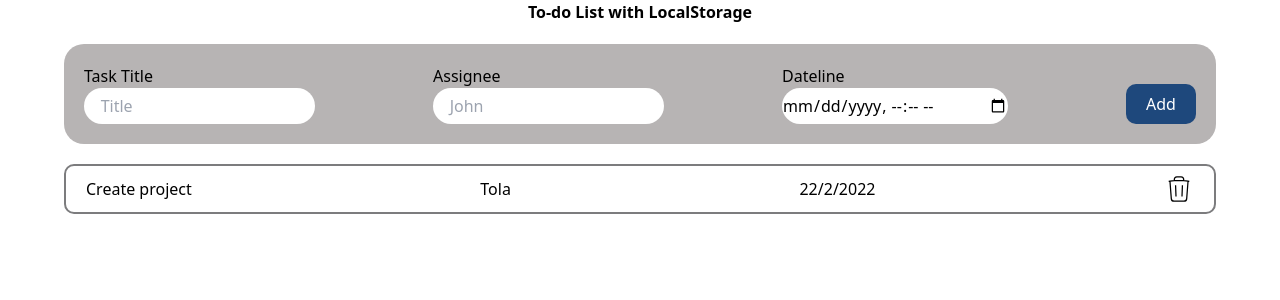
Repository: Sarah7223/internet-programming-tp
Page: TP3/TP03.1.html
An editor plug-in stored every save of this project. The page is shown before and after the next save, followed by the edit.
The browser window is 1280 px wide. The pictures show the whole page.
Some web libraries are served in a nearby version.

Above is the page before, as saved 2023-01-13 14:27:09.

After the next save:
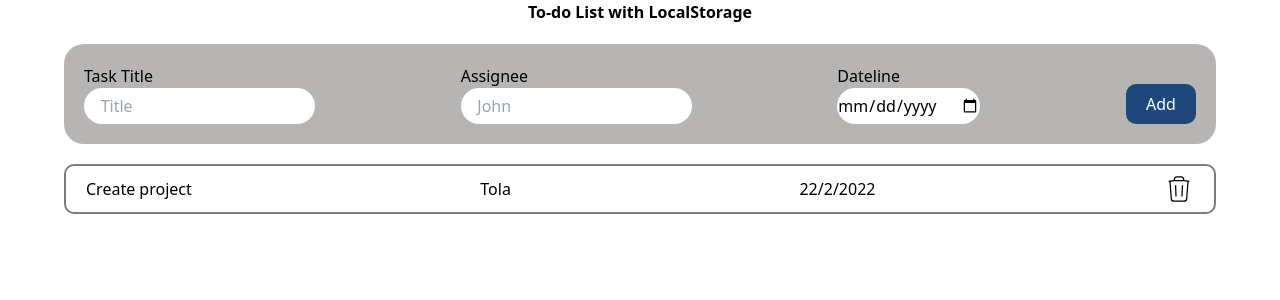
Saved 58 s later.
--- a/TP3/TP03.1.html
+++ b/TP3/TP03.1.html
@@ -91,7 +91,7 @@
             </div>
             <div class="task">
                 Dateline
-                <input type="datetime-local" />
+                <input type="date"/>
             </div>
             <div class="task but1">
                 <button type="button">Add</button>
